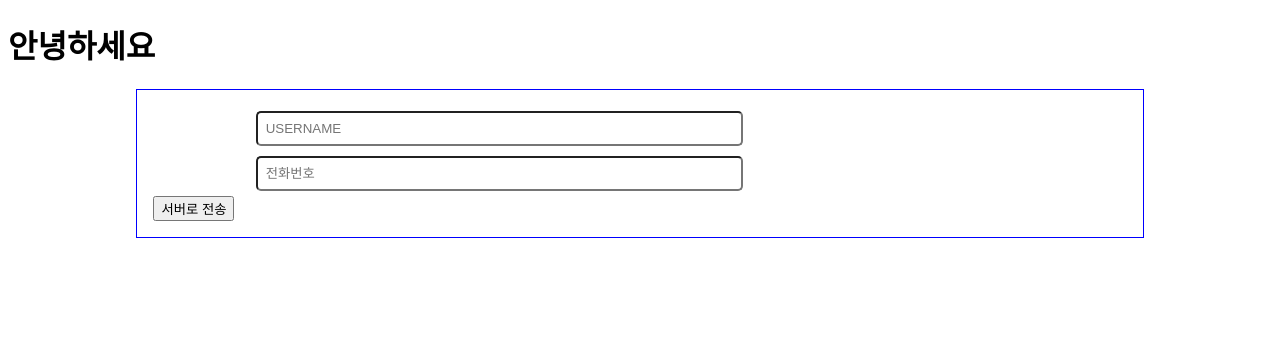
Repository: witchbroom/Biz_Spring_2022_505
Page: http://localhost/SpMVC_003_SchoolV4/
These files come from the project's save history. The page is drawn as it stood at one moment and after the next save; the edit follows.
The browser window is 1280 px wide. The pictures show the whole page.
The page is served by Tomcat 9. Other server files are loaded and not shown.

Above is the page before, as saved 2022-05-03 05:07:35.

### SpMVC_003_SchoolV4/src/main/webapp/WEB-INF/views/home.jsp
<%@ page language="java" contentType="text/html; charset=UTF-8"
	pageEncoding="UTF-8"%>
<%@ taglib uri="http://java.sun.com/jsp/jstl/core" prefix="c"%>
<c:set value="${pageContext.request.contextPath}" var="rootPath" />
<!DOCTYPE html>
<html>
<head>
<meta charset="UTF-8">
<title>Insert title here</title>
<style>
form {
	width: 80%;
	margin: 20px auto;
}

fieldset {
	border: 1px solid blue;
	padding: 1rem;
}

form div {
	width: 80%;
	margin: 0px auto;
}

form label, form input {
	display: inline-block;
	padding: 8px;
	margin: 5px;
}

form label {
	width: 30%;
	text-align: left;
}

form input {
	width: 60%;
	border-radius: 5px;
}
</style>
</head>
<body>
	<h1>안녕하세요</h1>
	<form method="POST">
		<fieldset>
			<div>
				<input name="username" placeholder="USERNAME">
			</div>
			<div>
				<input name="tel" placeholder="전화번호">
			</div>
			<button>서버로 전송</button>
		</fieldset>
	</form>
</body>
</html>

After the next save:
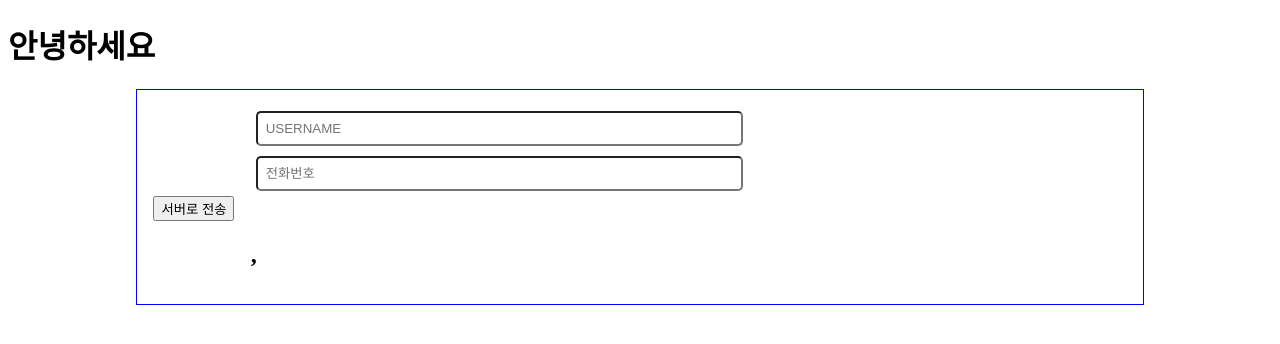
Saved 65 s later.
--- a/SpMVC_003_SchoolV4/src/main/webapp/WEB-INF/views/home.jsp
+++ b/SpMVC_003_SchoolV4/src/main/webapp/WEB-INF/views/home.jsp
@@ -51,6 +51,7 @@ form input {
 				<input name="tel" placeholder="전화번호">
 			</div>
 			<button>서버로 전송</button>
+			<div><h2>${username}, ${tel}</h2></div>
 		</fieldset>
 	</form>
 </body>
